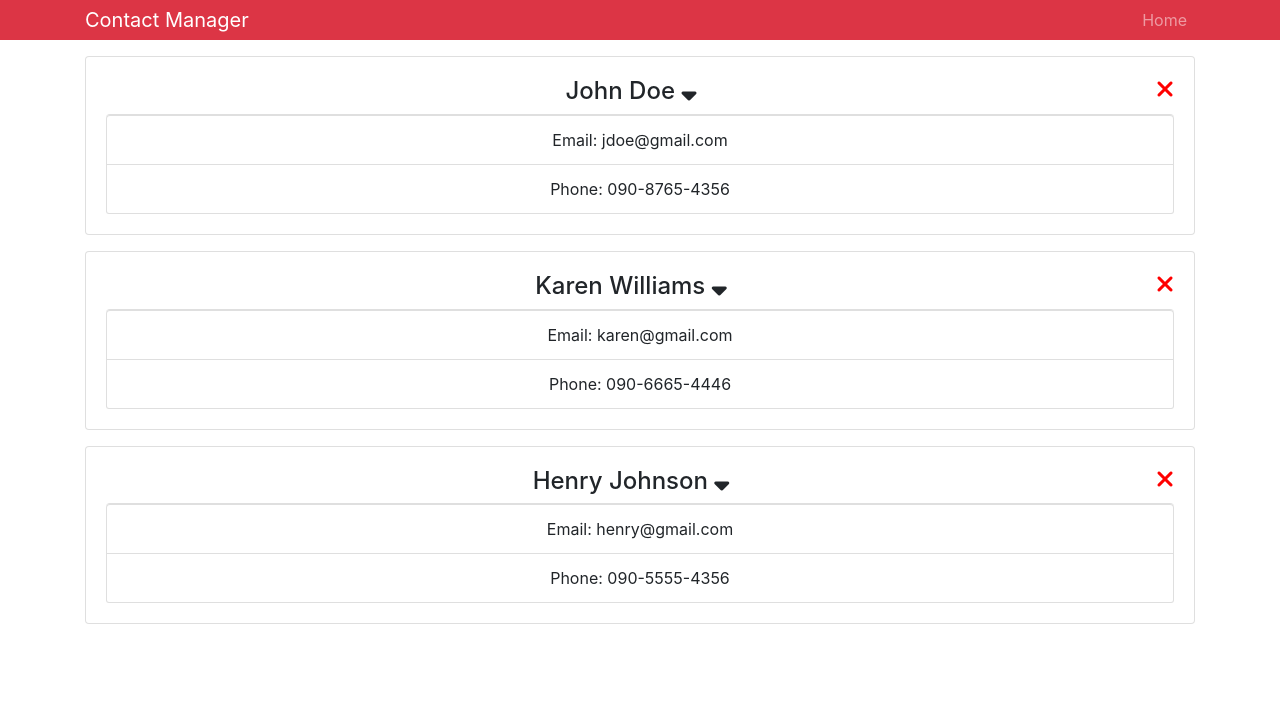
Repository: IkennaU/contactmanager
Page: /
The author's editor kept a copy of each file at every save. The page is drawn from the files as they stood at one save, then again after the next save.
The browser window is 1280 px wide. The pictures show the whole page.
Some web libraries are served in a nearby version. The project was rebuilt for these pictures with package versions that can differ from the ones it lists, and the page was loaded fresh each time. Also part of the build but not shown: src/components/layout/TextInputGroup.js, src/components/contacts/AddContact.js, src/components/pages/About.js.

Above is the page before, as saved 2020-07-22 23:58:28.

After the next save:
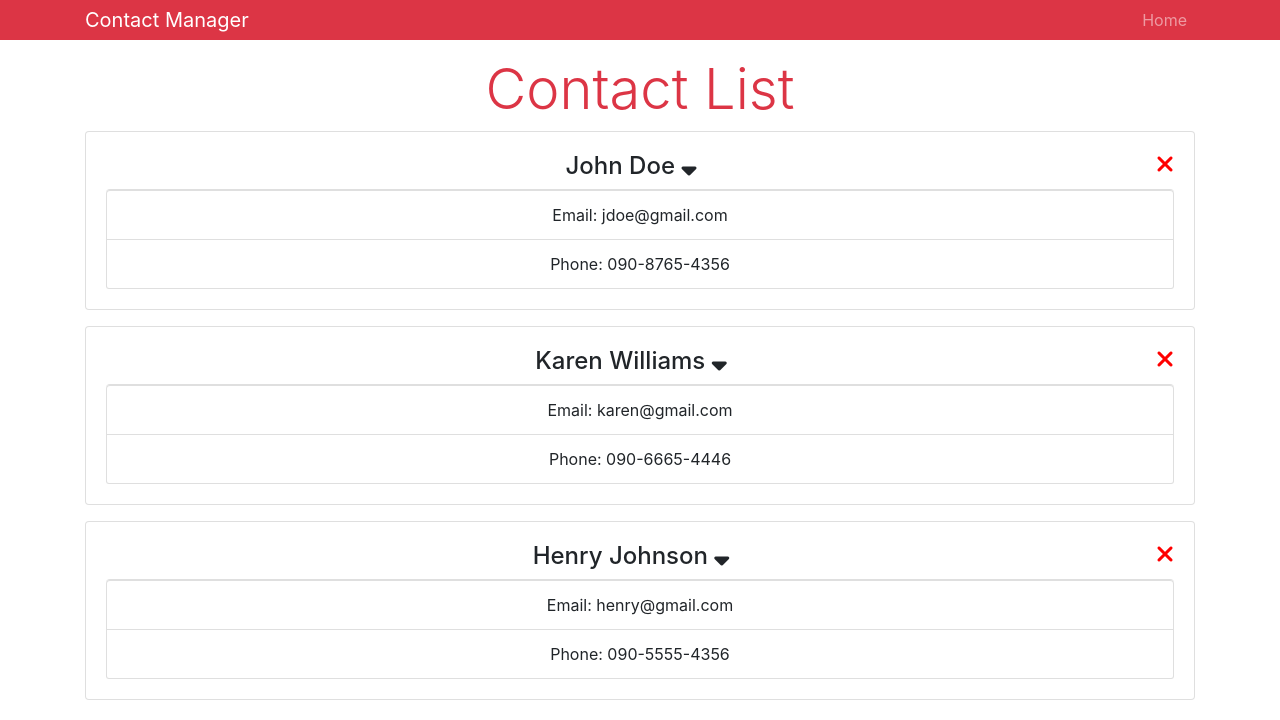
Saved 4 min 22 s later.
--- a/src/components/contacts/Contacts.js
+++ b/src/components/contacts/Contacts.js
@@ -12,6 +12,9 @@ class Contacts extends Component {
         {(value) => {
           return (
             <div>
+              <h1 className="display-4 mb-2">
+                <span className="text-danger">Contact List</span>
+              </h1>
               {value.contacts.map((contact) => (
                 <Contact key={contact.id} contact={contact} />
               ))}{" "}
